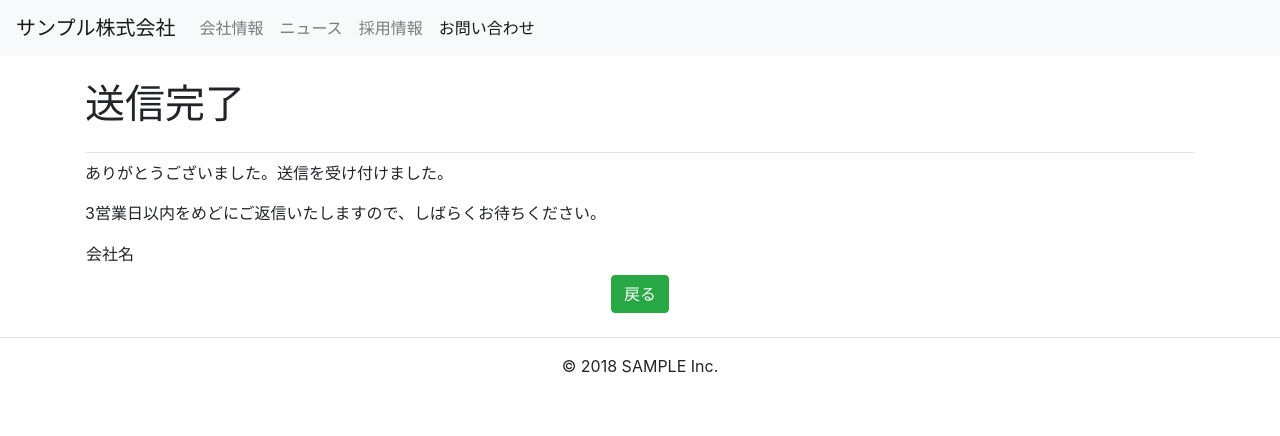
Repository: kazumasatomoto/kadai-tasklist-
Page: complete.html
The author's editor kept a record of every edit. The page is drawn from the files as they stood at one moment, then again after the next edit.
The browser window is 1280 px wide. The pictures show the whole page.
Some web libraries are served in a nearby version.

Above is the page before.

After the next edit:
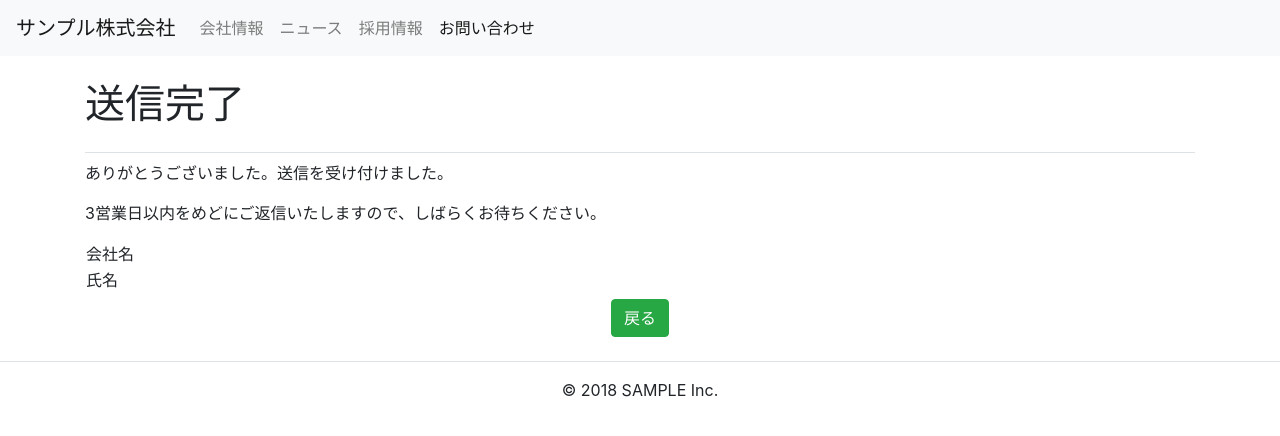
The edit:
--- a/complete.html
+++ b/complete.html
@@ -34,7 +34,7 @@
                     <td>会社名</td>
                 </tr>
                 <tr>
-                    <td></td>
+                    <td>氏名</td>
                 </tr>
                 <tr>
                     <td></td>
